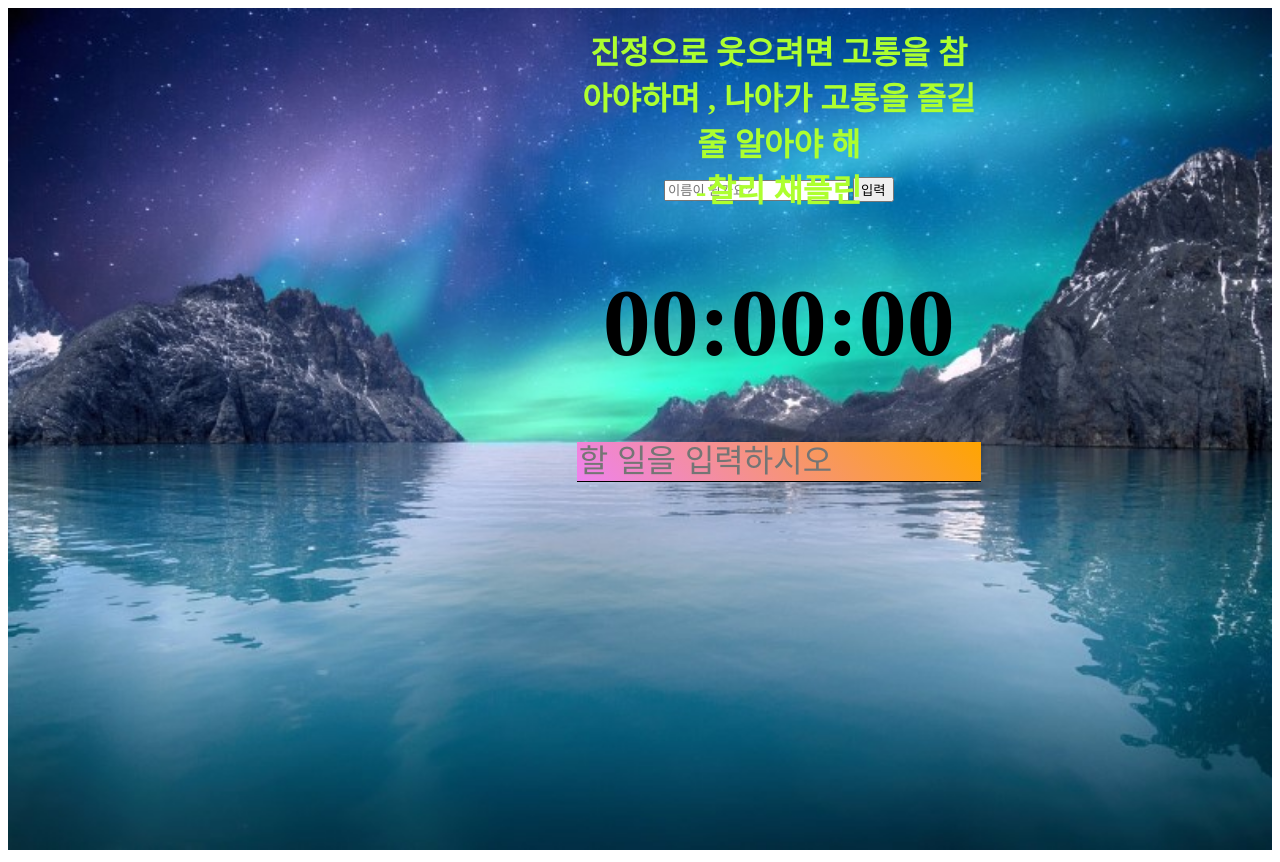
Repository: jun01270/F-E-practice
Page: index.html
An editor plug-in stored every save of this project. The page is shown before and after the next save, followed by the edit.
The browser window is 1280 px wide. The pictures show the whole page.

Above is the page before, as saved 2023-07-12 15:38:22.
Console error: TypeError: Cannot read properties of null (reading 'querySelector')

After the next save:
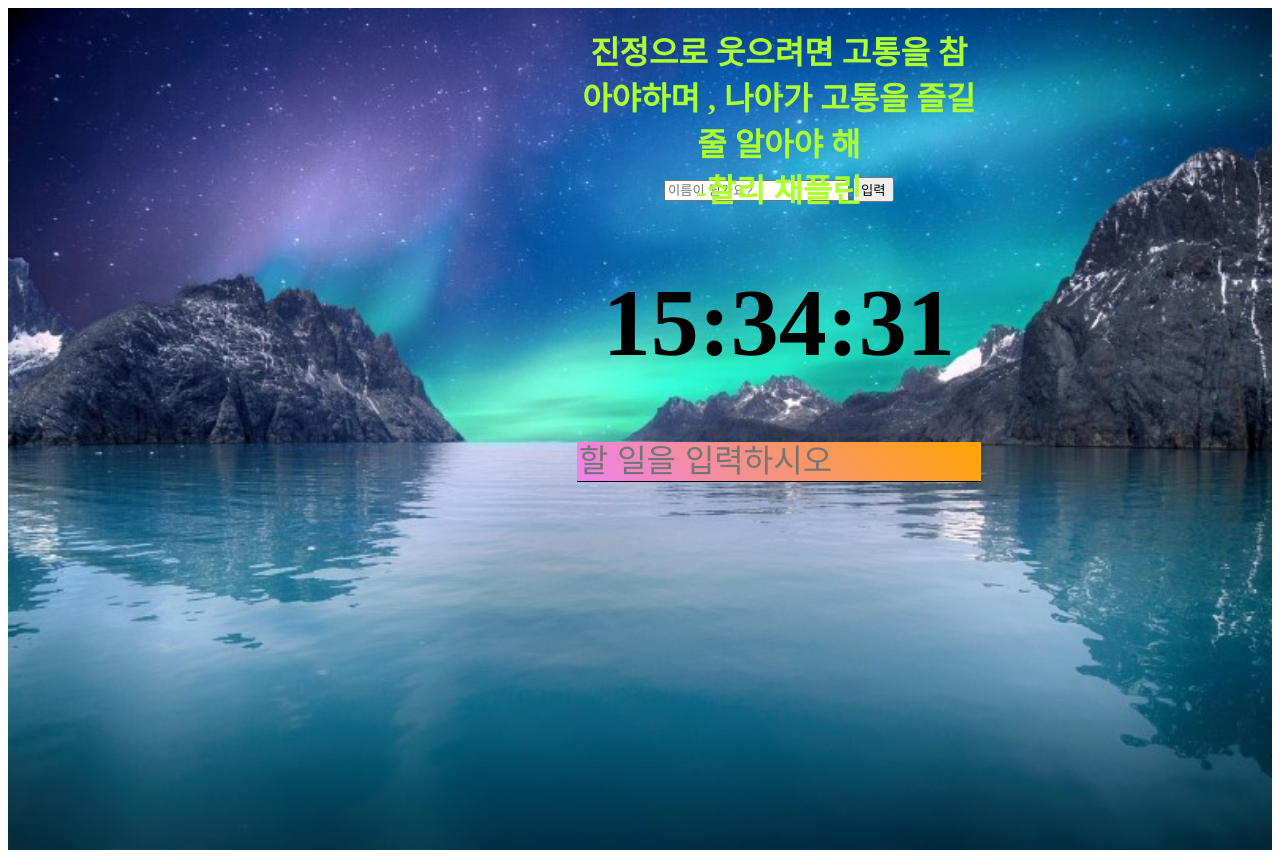
The error is gone.
Saved 39 s later.
--- a/js/clock.js
+++ b/js/clock.js
@@ -1,4 +1,4 @@
-const all = document.querySelector("div#all");
+const all = document.querySelector("div#wrapper");
 const clock = all.querySelector("h1#clock");
 
 function getClock() {
